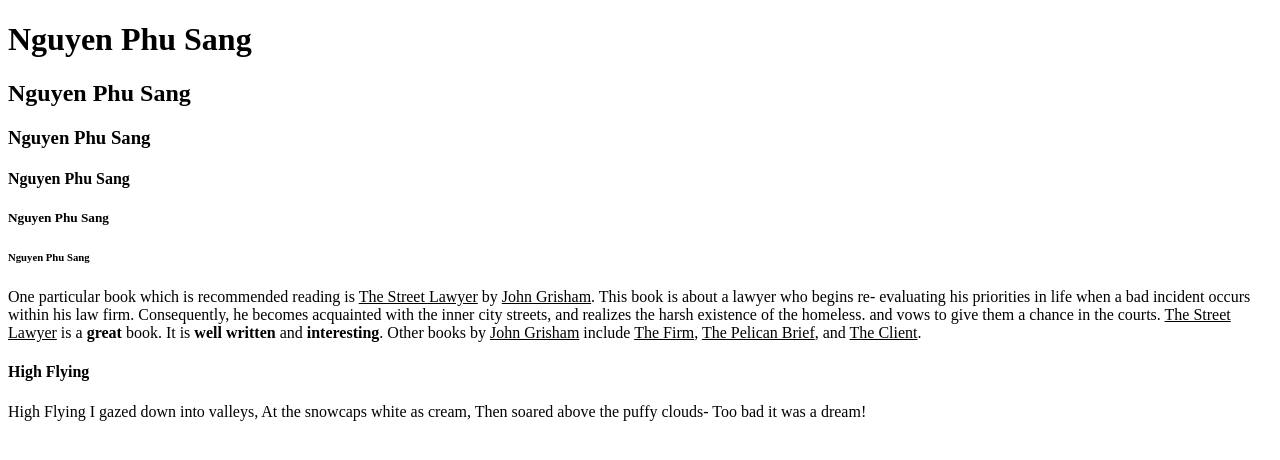
Repository: NguyenPhuSang21023391/HTCNWeb_T1-2
Page: TH_Tuan01/html/Tuan1.html
The author's editor kept a copy of each file at every save. The page is drawn from the files as they stood at one save, then again after the next save.
The browser window is 1280 px wide. The pictures show the whole page.

Above is the page before, as saved 2023-02-18 00:22:47.

### TH_Tuan01/html/Tuan1.html
<!DOCTYPE html>
<html lang="en">
  <head>
    <meta charset="UTF-8" />
    <meta http-equiv="X-UA-Compatible" content="IE=edge" />
    <meta name="viewport" content="width=device-width, initial-scale=1.0" />
    <title>THỰC HÀNH TUẦN 1</title>
  </head>
  <body>
    <h1>Nguyen Phu Sang</h1>
    <h2>Nguyen Phu Sang</h2>
    <h3>Nguyen Phu Sang</h3>
    <h4>Nguyen Phu Sang</h4>
    <h5>Nguyen Phu Sang</h5>
    <h6>Nguyen Phu Sang</h6>

    <p>
      One particular book which is recommended reading is
      <u>The Street Lawyer</u> by <u>John Grisham</u>. This book is about a
      lawyer who begins re- evaluating his priorities in life when a bad
      incident occurs within his law firm. Consequently, he becomes acquainted
      with the inner city streets, and realizes the harsh existence of the
      homeless. and vows to give them a chance in the courts.
      <u>The Street Lawyer</u> is a <b>great</b> book. It is
      <b>well written</b> and <b>interesting</b>. Other books by
      <u>John Grisham</u> include <u>The Firm</u>, <u>The Pelican Brief</u>, and
      <u>The Client</u>.
    </p>

    <h4>High Flying</h4>
    <p style="text-align: left">
      High Flying I gazed down into valleys, At the snowcaps white as cream,
      Then soared above the puffy clouds- Too bad it was a dream!
    </p>
  </body>
</html>

After the next save:
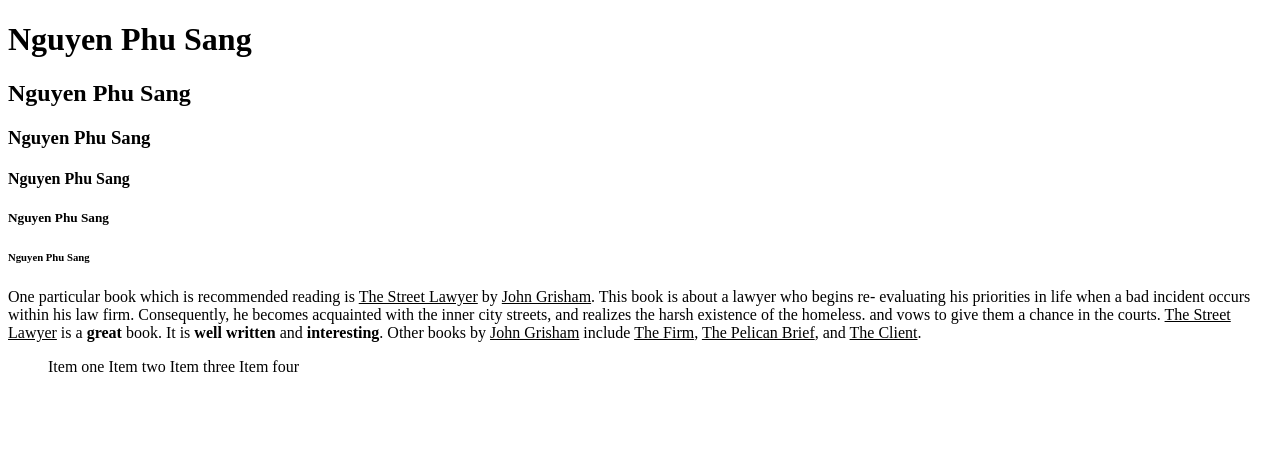
Saved 2 min 26 s later.
--- a/TH_Tuan01/html/Tuan1.html
+++ b/TH_Tuan01/html/Tuan1.html
@@ -27,10 +27,8 @@
       <u>The Client</u>.
     </p>
 
-    <h4>High Flying</h4>
-    <p style="text-align: left">
-      High Flying I gazed down into valleys, At the snowcaps white as cream,
-      Then soared above the puffy clouds- Too bad it was a dream!
-    </p>
+    <ol>
+      Item one Item two Item three Item four
+    </ol>
   </body>
 </html>
